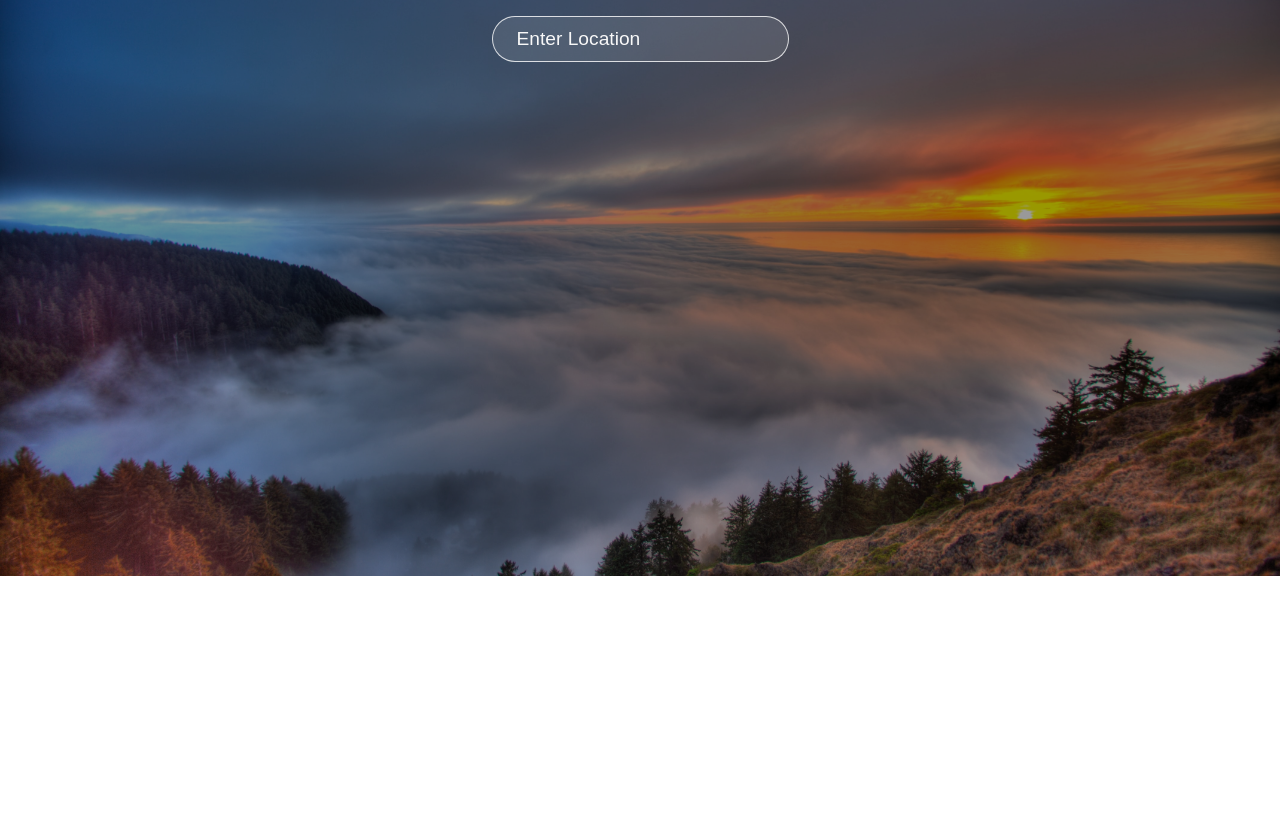
Repository: stavan30/weather-react
Page: /
These files come from the project's save history. The page is drawn as it stood at one moment and after the next save; the edit follows.
The browser window is 1280 px wide. The pictures show the whole page.
The project was rebuilt for these pictures with package versions that can differ from the ones it lists, and the page was loaded fresh each time.

Above is the page before, as saved 2024-02-06 00:51:47.

After the next save:
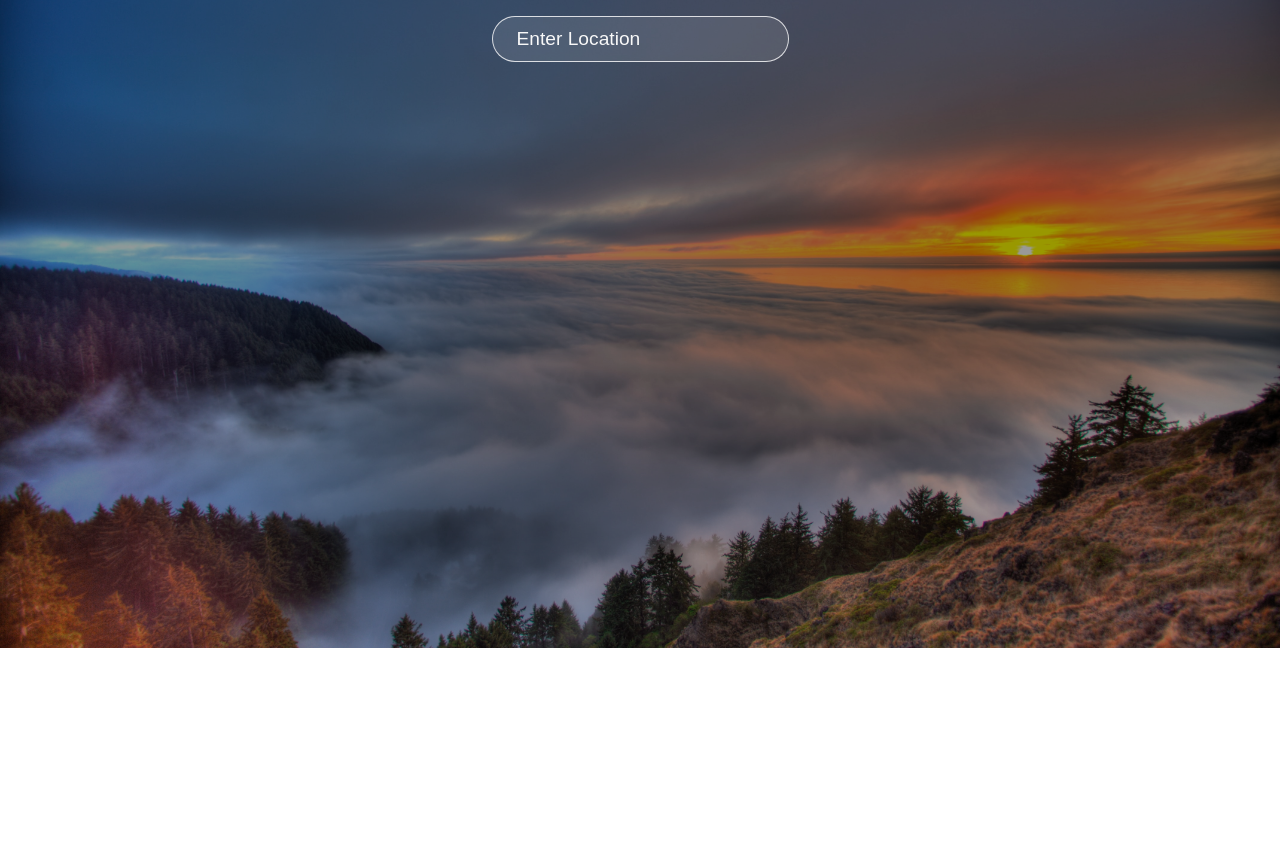
Saved 10 s later.
--- a/src/index.css
+++ b/src/index.css
@@ -24,7 +24,7 @@ h1 {
 
 .app {
   width: 100%;
-  height: 80vh;
+  height: 90vh;
   position: relative;
   background-color: rgba(0,0,0,0.4);
   color: #fff;
